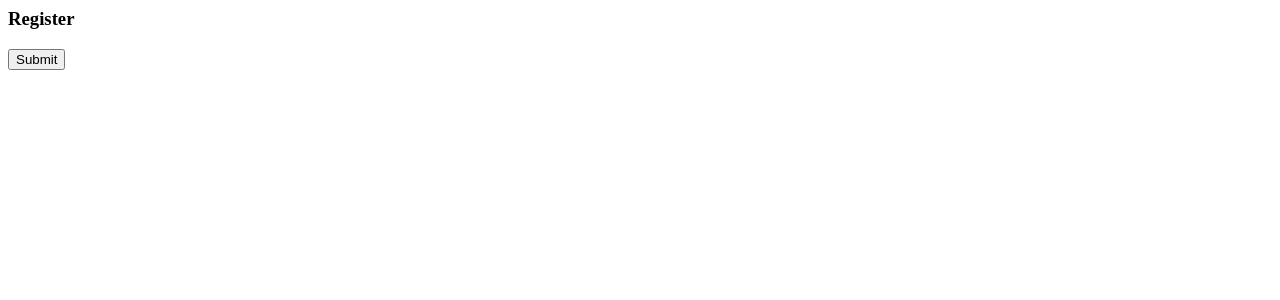
Repository: rohollah-naghipour/Login-form
Page: http://localhost/register/
An editor plug-in stored every save of this project. The page is shown before and after the next save, followed by the edit.
The browser window is 1280 px wide. The pictures show the whole page.
The page is served by the project's application, run on Django 5.2 (manage.py). Other server files are loaded and not shown.

Above is the page before, as saved 2024-12-04 17:34:40.

### users/templates/register.html

<h3> Register </h3>


<form method="POST" action="">
    {% csrf_token %}


    {{form.email.label}}
    {{form.email}}

    {{form.password.label}}
    {{form.password}}

    <input type="submit" name = "Create User">
</form>

### users/forms.py
from django.contrib.auth.forms import UserCreationForm

from .models import User


class CreateUserForm(UserCreationForm):
    class meta:
        model = User
        fields = ['username', 'email', 'password1', 'password2']

### users/views.py
from django.shortcuts import render, redirect
from django.http import HttpResponse
from django.forms import inlineformset_factory
from django.contrib.auth.forms import UserCreationForm

from .models import User
from .forms import CreateUserForm


def registerPage(request):
    form = CreateUserForm()

    if request == 'POST':
        form = CreateUserForm(request.POST)
        if form.is_valid():
            form.save()
        if not form.is_valid():
            print(form.errors)

    context = {'form': form}
    return render(request, 'register.html', context)



def loginPage(request):
    context = {}
    return render(request, 'login.html', context)

### Login_form/urls.py


from django.contrib import admin
from django.urls import path, include


urlpatterns = [
    path('admin/', admin.site.urls),
    path('', include('users.urls')),
]

### users/urls.py
from django.urls import path
from . import views


urlpatterns = [
    path('register/', views.registerPage ,name = 'register'),
    path('login/', views.loginPage, name = 'login')
]

After the next save:
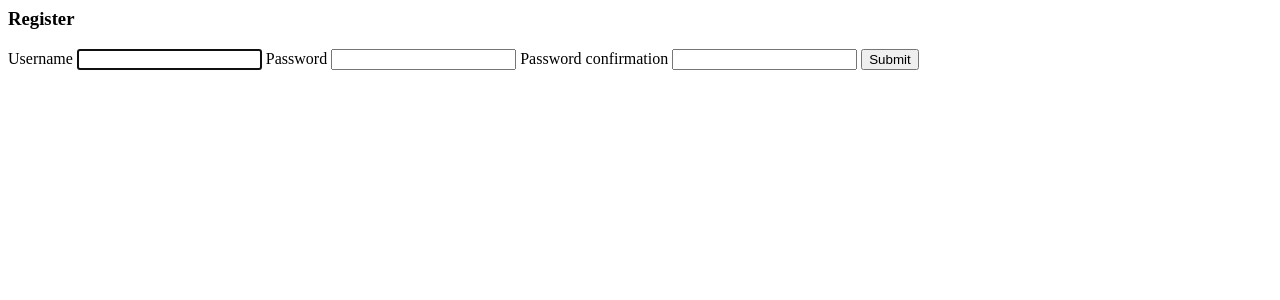
Saved 101 s later.
--- a/users/templates/register.html
+++ b/users/templates/register.html
@@ -4,13 +4,17 @@
 
 <form method="POST" action="">
     {% csrf_token %}
-
+    {{form.username.label}}
+    {{form.username}}
 
     {{form.email.label}}
     {{form.email}}
 
-    {{form.password.label}}
-    {{form.password}}
+    {{form.password1.label}}
+    {{form.password1}}
+
+    {{form.password2.label}}
+    {{form.password2}}
 
     <input type="submit" name = "Create User">
 </form>
